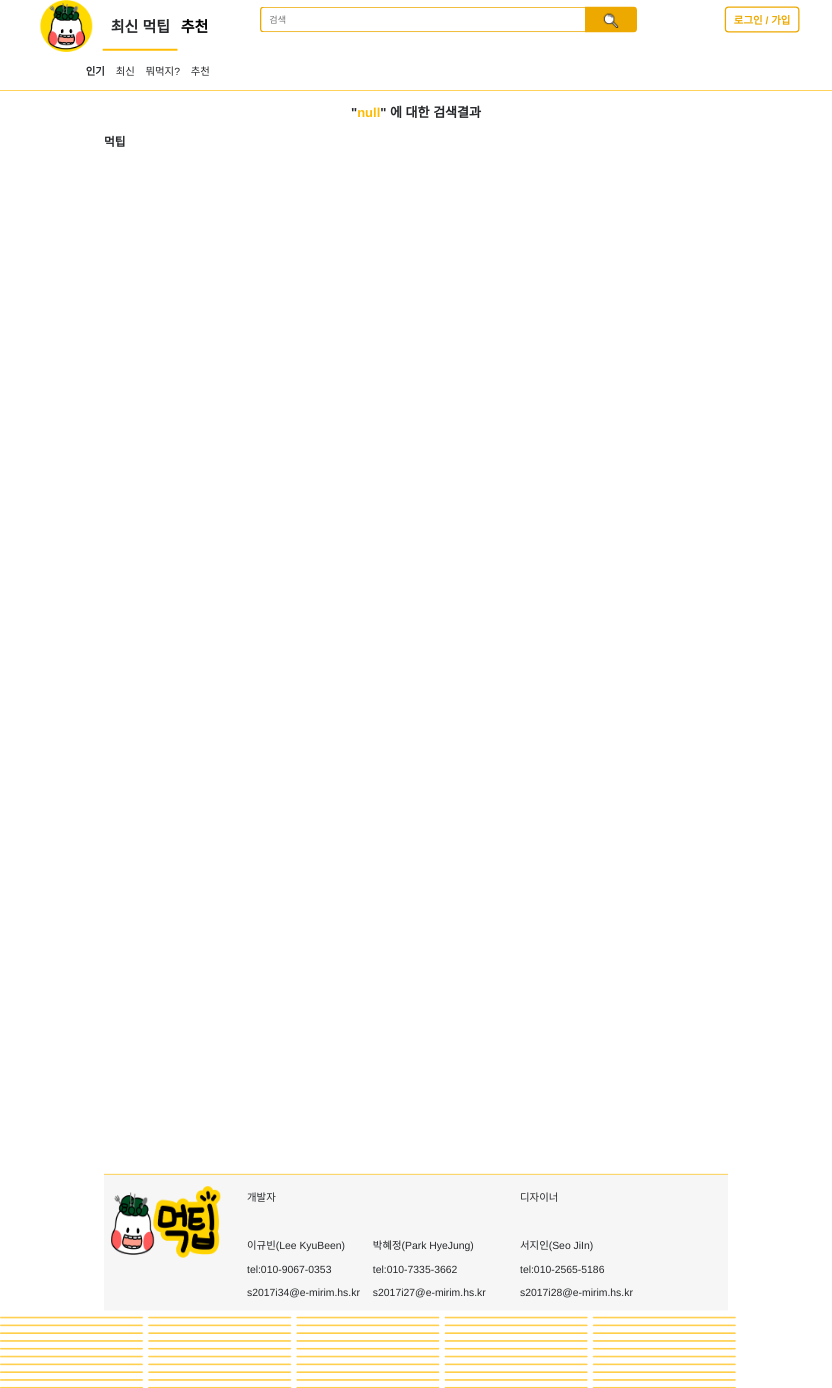
Repository: binkalos/JSP-STUDY
Page: http://localhost/IT-show/newPost.jsp
These files come from the project's save history. The page is drawn as it stood at one moment and after the next save; the edit follows.
The browser window is 1280 px wide. The pictures show the whole page, at 65% of full size.
Some web fonts or font styles are not loaded; a fallback is used. Some web libraries are served in a nearby version. The page is served by Tomcat 9. Queries for data that is not in the repository find no rows.

Above is the page before, as saved 2019-06-19 10:01:07.

After the next save:
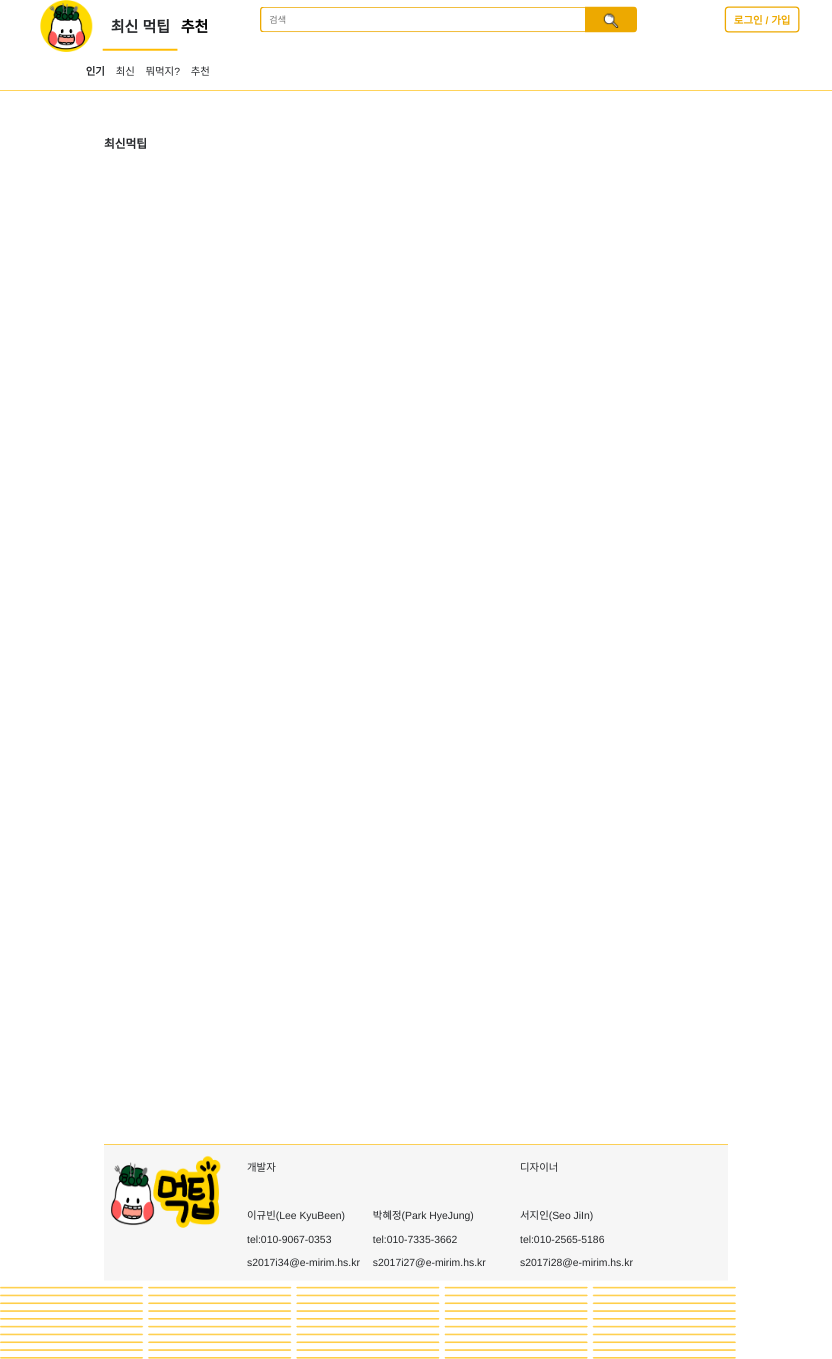
Saved 12 s later.
--- a/IT-show/WebContent/newPost.jsp
+++ b/IT-show/WebContent/newPost.jsp
@@ -69,8 +69,7 @@ function getItem(){
 %>
 
 		<div class="top-bar-search">
-			<p class="search-result">"<span style="color:#FFBB00;"><%=keyword%></span>" 에 대한 검색결과 </p>
-			<p class="top-label">먹팁</p>
+			<p class="top-label">최신먹팁</p>
 		</div>
 
 		<div class="muktip-contents" style="height: 1550px;">
